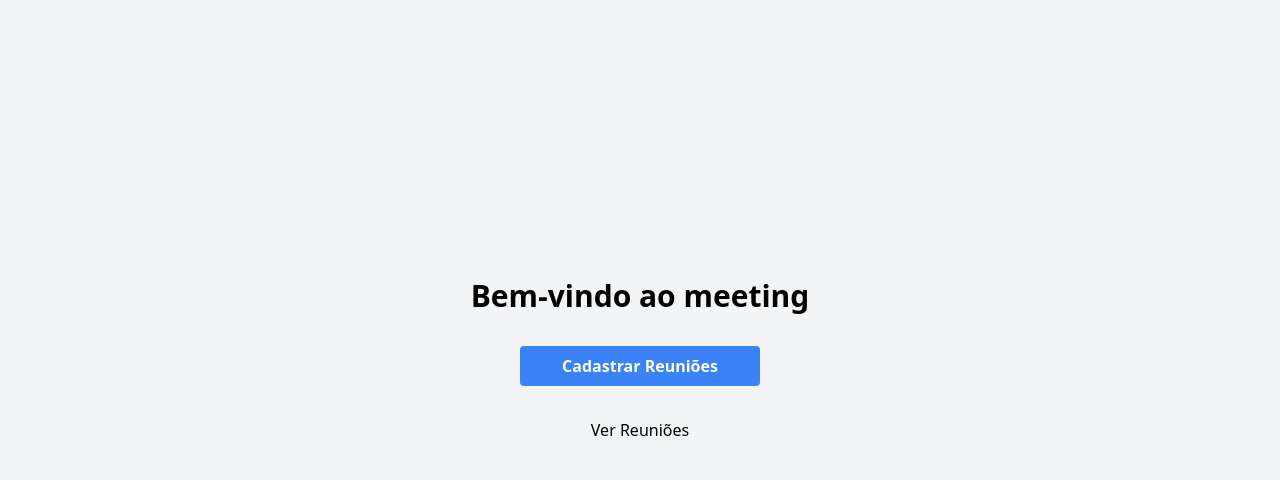
Repository: TamiBeira/meeting
Page: /
These files come from the project's save history. The page is drawn as it stood at one moment and after the next save; the edit follows.
The browser window is 1280 px wide. The pictures show the whole page.
The project was rebuilt for these pictures with package versions that can differ from the ones it lists, and the page was loaded fresh each time. Also part of the build but not shown: vite.config.ts, src/contexts/FormContext.tsx, src/contexts/MeetingsContext.tsx, src/components/Form.tsx, src/components/MeetingsView.tsx.

Above is the page before, as saved 2024-02-27 00:03:01.

After the next save:
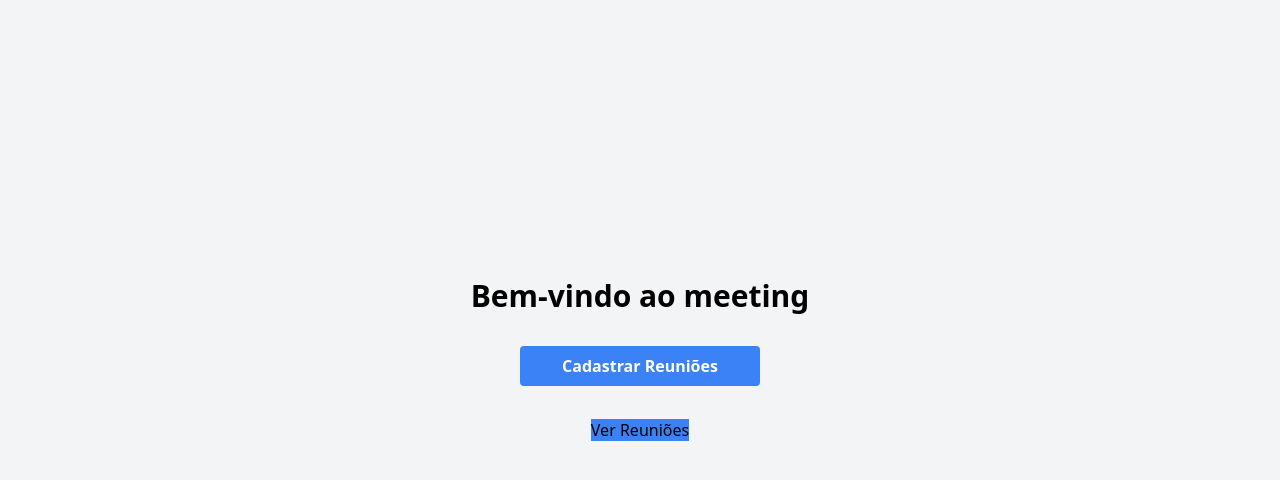
Saved 39 s later.
--- a/src/components/HomePage.tsx
+++ b/src/components/HomePage.tsx
@@ -15,7 +15,7 @@ export const HomePage = () => {
       <div className="mt-8">
         <Link
           to="/meetings"
-          className="w-60 text-center "
+          className="w-60 text-center bg-blue-500 hover:bg-blue-600"
         >
           Ver Reuniões
         </Link>
